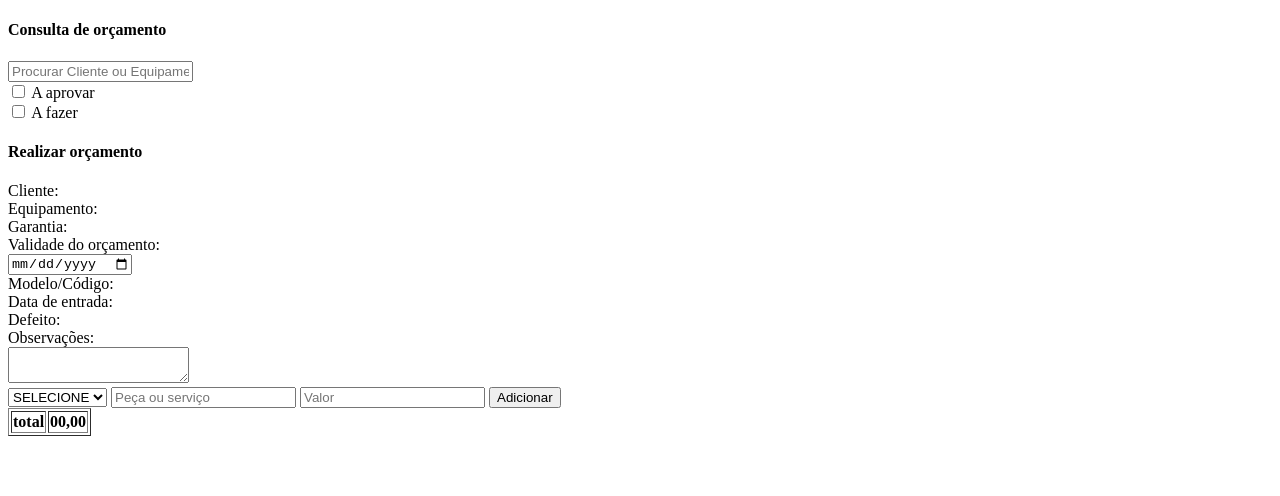
Repository: gabrielfeliphe/AssistenciaTecnica
Page: PI-AssistenciaTecnica/WebContent/pages/manutencao/funcoes/consulta_orcamento/index.html
These files come from the project's save history. The page is drawn as it stood at one moment and after the next save; the edit follows.
The browser window is 1280 px wide. The pictures show the whole page.

Above is the page before, as saved 2021-11-25 00:08:34.
Console error: ReferenceError: BRIQUETE is not defined

### PI-AssistenciaTecnica/WebContent/pages/manutencao/funcoes/consulta_orcamento/index.html
<!DOCTYPE html>
<html>
<head>
<meta charset="UTF-8">
<title>Consulta Orçamento - Manutenção</title>

<script src="../../js/manutencao_consultaOrcamento.js"></script>

</head>
<body>
	<div class= "container">
		<h4>Consulta de orçamento</h4>
		<div class = "row" id="box">
			<div class="col-sm">
			 	 <input type="text" class="form-control"  placeholder="Procurar Cliente ou Equipamento" id='procurarClientesOrcamentos'>
			</div>
			<div class="col-sm">
			<input type="checkbox" id="manutencao" name="aprovar" value="1" onclick="BRIQUETE.manutencao.filtroOrcamentos()">
			<label for="vehicle1"> A aprovar</label><br>
			<input type="checkbox" id="pecas" name="fazer" value="2" onclick="BRIQUETE.manutencao.filtroOrcamentos()">
			<label for="vehicle2"> A fazer</label><br>
			</div>
		</div>
		<div id= "lista-orcamento" class = "lista-tabela">
</div>
	</div>

<div id="modalRealizaOrcamento" class = "modalEditar">

<div name="modalRealizaServico">
	<h4>Realizar orçamento</h4>
	<div class="row">
		<div class="col-md">
		 <label>Cliente:&nbsp; </label><label id="clienteNameModal"></label></br>
		 <label >Equipamento:&nbsp; </label><label id="equipamento"></label></br>
		 <label>Garantia:&nbsp; </label><label id="garantia"></label></br>
		 <label>Validade do orçamento: </label></br>
		 <input type="date" id="diaa" id="diaa">		</div>
		<div class="col-md">
		 <label>Modelo/Código:&nbsp; </label><label id="mod-cod"></label></br>
		 <label>Data de entrada:&nbsp; </label><label id="data-entrada"></label></br>
		 <label>Defeito:&nbsp; </label><label id="defeito"></label></br>
		 <label>Observações:&nbsp; </label></br>
		 <textarea name="txaobservacao" id="observacao" name="observacoes"></textarea>
		</div>
	</div>


	<div class="add-itens">
	<select name="categoria[]">
	  <option >SELECIONE</option>
	  <option value="1">Peça</option>
	  <option value="0">Serviço</option>
	</select>
	 <input type="text" name="descricaoPecaServico[]"class="form-control"  placeholder="Peça ou serviço">
	 <input type="text" name="valorItem[]"class="form-control"  placeholder="Valor">
	 <button type="button">Adicionar</button>
	</div>



<table border="1px">
<th>
<label>total</label> <!-- provavelmente vou incorporar numa tabela sem borda -->
</th>
<th>
<label>00,00</label>
</th>
</table>
</div>


</div>

</body>
</html>

### PI-AssistenciaTecnica/WebContent/js/manutencao_consultaOrcamento.js
BRIQUETE.manutencao = new Object();

$(document).ready(function(){

BRIQUETE.manutencao.consultaOrcamento = function(){

	$.ajax({

		type: "GET",
		url: BRIQUETE.PATH + "servicos/buscarOrcamentos",
		success: function(dados) {
			console.log(dados);
			$("#lista-orcamento").html(BRIQUETE.manutencao.exibirOrcamentos(dados));
		},
		error: function(info) {
			console.log("erro : " + info);
			//BRIQUETE.exibirAviso("Erro ao consultar os contatos: "+ info.status+" - " + info.statusText+ " - " + info.responseText);
		},

	});

}

BRIQUETE.manutencao.consultaOrcamento()



BRIQUETE.manutencao.exibirOrcamentos = function(listaDeOrcamentos) {

	var tabela = "<table class='table table-bordered table-dark'>" +
		"<thead>"+
		"<tr>" +
		"<th>Status</th>" +
		"<th>Cliente</th>" +
		"<th>Equipamento</th>" +
		"</tr>"+
		"</thead>"+
		"<tbody id='tabelaOrcamentos'>";

	var triggerStatus = 0;

	if (listaDeOrcamentos != undefined && listaDeOrcamentos.length > 0) {

		console.log(listaDeOrcamentos)

		for (var i = 0; i < listaDeOrcamentos.length; i++) {


			if(listaDeOrcamentos[i].status == 1){

			triggerStatus = 1;
			let statusOrcamento = "Aguardando técnico"

			tabela += "<tr id='tabelaExibeOrcamentos'>" +
				"<td class='exibeInformacoes' onclick='BRIQUETE.manutencao.realizarOrcamento("+listaDeOrcamentos[i].idorcamento+")'>" + statusOrcamento + "</td>" +
				"<td>" + listaDeOrcamentos[i].cliente.nome+ "</td>" +
				"<td>" + listaDeOrcamentos[i].equipamentoNome + "</td>" +
				"</tr>"
			}

		}

	} else if (listaDeOrcamentos == "") {
		tabela += "<tr><td colspan='6'>Nenhum registro encontrado</td></tr>";
	}
	tabela += "</tbody></table>";

	if(triggerStatus == 0){

		console.log("entrou no trigger")

		tabela = "<table class='table table-bordered table-dark'>" +
		"<thead>"+
		"<tr>" +
		"<th>Status</th>" +
		"<th>Cliente</th>" +
		"<th>Equipamento</th>" +
		"</tr>"+
		"</thead>"+
		"<tbody id='tabelaOrcamentos'>"+
		"<tr><td colspan='6'>Nenhum registro encontrado</td></tr>"+
		"</tbody></table>";
	}

	console.log(triggerStatus)

	return tabela;

};


$("#procurarClientesOrcamentos").on("keyup", function() {
		    var value = $(this).val().toLowerCase();
		    $("#tabelaOrcamentos tr").filter(function() {
		      $(this).toggle($(this).text().toLowerCase().indexOf(value) > -1)
		    });
		  });


BRIQUETE.manutencao.filtroOrcamentos = function(){

	if(document.querySelector('#pecas').checked && document.querySelector('#manutencao').checked){
		console.log("Disparou os dois")
		$("#tabelaOrcamentos tr").filter(function() {
			$("tr").show()
		   });
	}else if(document.querySelector('#manutencao').checked){
		  $("#tabelaOrcamentos tr").filter(function() {
		      $(this).toggle($(this).text().indexOf('Aguardando cliente') > -1)
		   });
	}else if (document.querySelector('#pecas').checked){
		$("#tabelaOrcamentos tr").filter(function() {
		      $(this).toggle($(this).text().indexOf('Aguardando técnico') > -1)
		   });
	}else if (!document.querySelector('#manutencao').checked){
		$("#tabelaOrcamentos tr").filter(function() {
		      $(this).show()
		   });
	}else if (!document.querySelector('#pecas').checked){
		$("#tabelaOrcamentos tr").filter(function() {
		      $(this).show()
		   });
	}
}

BRIQUETE.manutencao.realizarOrcamento = function(idorcamento){

	$.ajax({

		type: "GET",
		url: BRIQUETE.PATH + "servicos/buscarOrcamentoId",
		data: "idorcamento="+idorcamento,
		success: function(dados) {

			//CARREGAMENTO DOS ITENS NA LABEL VIA DADOS


			document.getElementById('clienteNameModal').innerHTML  = dados.cliente.nome;
			document.getElementById('equipamento').innerHTML  = dados.equipamentoNome;
			document.getElementById('garantia').innerHTML  = dados.garantia == 1 ? 'Sim' : 'Não'; // ternario
			document.getElementById('equipamento').innerHTML  = dados.equipamentoNome;
			document.getElementById('mod-cod').innerHTML  = dados.equipamentoModeloCodigo;
			document.getElementById('data-entrada').innerHTML  = formatDate(dados.data);
			document.getElementById('defeito').innerHTML  = dados.defeito;

			if(dados.status == 2){ // FAZ O CARREGAMENTO SE A ORDEM DE SERVIÇO JÁ FOI PREENCHIDA

				document.getElementById("tituloOrcamento").innerHTML = "Editar Orçamento";
				document.getElementById('diaa').value = dados.validade;
				document.getElementById('observacao').value = dados.observacao;

				var campoAntigo= $(".add-itens:last");
				campoAntigo.find("[name='tipo']").val(dados.servicos[0].tipo);
				campoAntigo.find("[name='valor']").val(String(dados.servicos[0].valor).replace(".",","));
				campoAntigo.find("[name='peca_servico']").val(dados.servicos[0].peca_servico);
				campoAntigo.find("[name='idServico']").val(dados.servicos[0].idservico);

			   for(var x=1;x<dados.servicos.length;x++){ //adiciona os itens e gera os campos dinamicos
					var novoCampo = $(".add-itens:last").clone();
					novoCampo.find("[name='valor']").val(String(dados.servicos[x].valor).replace(".",","));
					novoCampo.find("[name='tipo']").val(dados.servicos[x].tipo);
					novoCampo.find("[name='peca_servico']").val(dados.servicos[x].peca_servico);
					novoCampo.find("[name='idServico']").val(dados.servicos[x].idservico);
					novoCampo.insertAfter(".add-itens:last");
			   }

			}else{
				document.getElementById("tituloOrcamento").innerHTML = "Realizar Orçamento";
			}

			var modalRealizaOrcamento = { // CRIAÇÃO DA MODAL
					title: "Realizar orcamento",
					height: 650,
					width: 1200,
					modal: true,
					buttons:{
						"Cancelar": function(){
							$(this).dialog("close");
							BRIQUETE.manutencao.limparFrm()
						},
						"Salvar": function(){

							var values = [];
							$('.add-itens').each(function () {// CRIAMOS UM ARRAY COM OS VALORES
							    var valoresDiv = {};
							    $(this).find(':input').each(function() {
							    	valoresDiv[$(this).prop('name')] = $(this).val();
							    });
							    values.push(valoresDiv);
							});


							json = new Object();
							json.servicos = new Array(values.length)

							for(i = 0; i<values.length;i++){ //INSERE EM OBJ PARA PASSAR PRA JSON DPS
								json.servicos[i] = new Object();
								json.servicos[i].tipo = values[i].tipo;
								json.servicos[i].peca_servico = values[i].peca_servico;
								json.servicos[i].valor = BRIQUETE.manutencao.formatarDinheiro(values[i].valor);
								json.servicos[i].orcamento_idorcamento = idorcamento;
								if(dados.status == 2){
								json.servicos[i].idservico = values[i].idServico;
								}
							}

							json.defeito = document.getElementById('defeito').value;
							json.validade = document.getElementById('diaa').value;
							json.observacao = document.getElementById('observacao').value;
							json.idorcamento = idorcamento;


							if($("#diaa").val() ==""){
								BRIQUETE.exibirAviso("A data não foi preenchida!")
							}else if($("#observacao").val()==""){
								BRIQUETE.exibirAviso("A observação não foi preenchida");
							}else if(BRIQUETE.manutencao.validaMultiCampos() == true){
								BRIQUETE.exibirAviso("Os campos de serviços ou peças não foram preenchidos corretamente");
							}
							else{

							$.ajax({
								type: "PUT",
								url: BRIQUETE.PATH + "servicos/realizaOrcamento",
								data: JSON.stringify(json),
								success: function(msg) {
									BRIQUETE.exibirAviso(msg);
									BRIQUETE.manutencao.consultaOrcamento();
									$("#modalRealizaOrcamento").dialog('close');
									BRIQUETE.manutencao.limparFrm();
								},
								error: function(info) {
									BRIQUETE.exibirAviso(info.responseText);
								}
							});
						}

						}
					},
					close: function(){
						BRIQUETE.manutencao.limparFrm();
						$(this).dialog('close');
					}
			};

			$("#modalRealizaOrcamento").dialog(modalRealizaOrcamento);
			BRIQUETE.manutencao.calculaValor();

		},
		error: function(info) {
			console.log("erro : " + info);
			//BRIQUETE.exibirAviso("Erro ao consultar os contatos: "+ info.status+" - " + info.statusText+ " - " + info.responseText);
		},

	});
}


$("#btnAdd").click(function(){
	// clona a primeira linha de detalhe
	var novoCampo = $(".add-itens:last").clone();
	//Esvazia o clone
	novoCampo.find("input").val("");
	//Insere o clone na pagina, apos a ultima linha existente
	novoCampo.insertAfter(".add-itens:last");

});

BRIQUETE.manutencao.removeCampo = function(botao){

	if($(".add-itens").length > 1){
		//remove a linha que contem o botao
		//parent pega o elemento e vê quem é o pai
		// uma escadinha inversa nos elementos do DOM
		$(botao).parent().remove();
		BRIQUETE.manutencao.calculaValor();

	}else{
		BRIQUETE.exibirAviso("A última linha não pode ser removida");
	}
}


BRIQUETE.manutencao.limparFrm = function(){

		$(".add-itens").find("input").val("");
		$("#observacao").val("");
		$("#diaa").val("");

		while($(".add-itens").length > 1){
		$(".add-itens").last().remove();
	}
}

BRIQUETE.manutencao.calculaValor = function(){

	var valorTotal=0;
	$('.add-itens').each(function () {// CRIAMOS UM ARRAY COM OS VALORES
	    $(this).find("[name='valor']").each(function() {
	    	var a = $(this).val().replace(",",".");
	    	valorTotal += +a;
	    });
	});

	const currency = function(number){
	    return new Intl.NumberFormat('pt-BR', {style: 'currency',currency: 'BRL', minimumFractionDigits: 2}).format(number);
	};


	$("#totalValores").html(currency(valorTotal));
}


BRIQUETE.manutencao.validaMultiCampos = function(){

	var retorno = false;

	$('.add-itens').each(function () {// CRIAMOS UM ARRAY COM OS VALORES

		console.log($(this).find("[name='tipo']").val());

	    if($(this).find("[name='tipo']").val()== ""){
	    	console.log("entrou 1")
	    	retorno = true;
	    }else if($(this).find("[name='peca_servico']").val() == ""){
	    	console.log("entrou 2")
	    	retorno = true;
	    }else if($(this).find("[name='valor']").val() == ""){
	    	console.log("entrou 3")
	    	retorno = true;
	    }
	});

	return retorno;
}

function formatDate (input) {
	  var datePart = input.match(/\d+/g),
	  year = datePart[0].substring(0,4),
	  month = datePart[1], day = datePart[2];

	  return day+'/'+month+'/'+year;
	}

});

BRIQUETE.manutencao.formatarDinheiro = function (valor){
	return valor.replace(',','.')
}

After the next save:
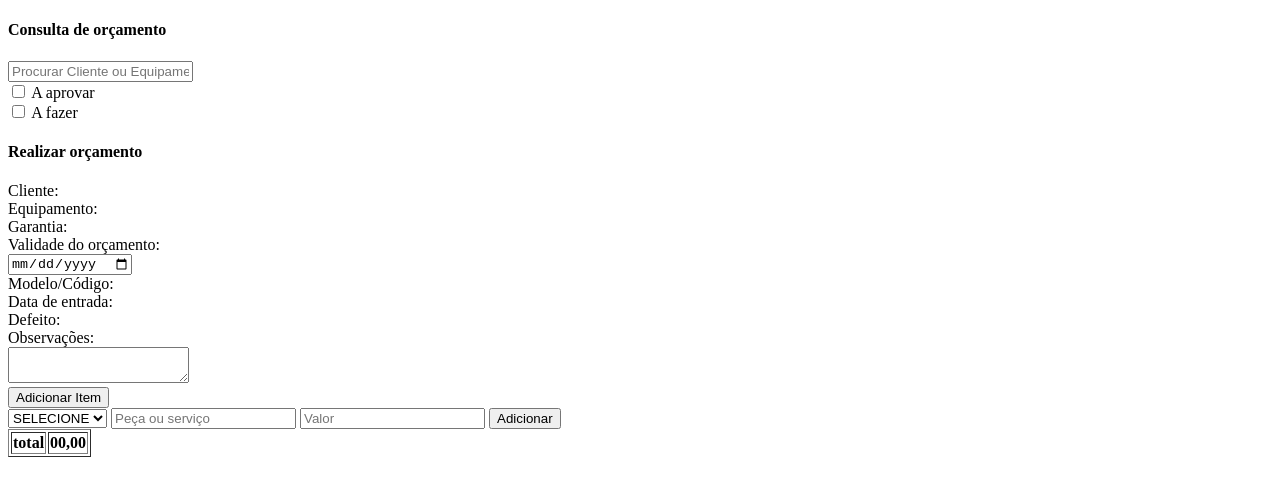
Saved 112 s later.
--- a/PI-AssistenciaTecnica/WebContent/pages/manutencao/funcoes/consulta_orcamento/index.html
+++ b/PI-AssistenciaTecnica/WebContent/pages/manutencao/funcoes/consulta_orcamento/index.html
@@ -45,7 +45,7 @@
 		</div>
 	</div>
 
-
+	<button>Adicionar Item</button>
 	<div class="add-itens">
 	<select name="categoria[]">
 	  <option >SELECIONE</option>
